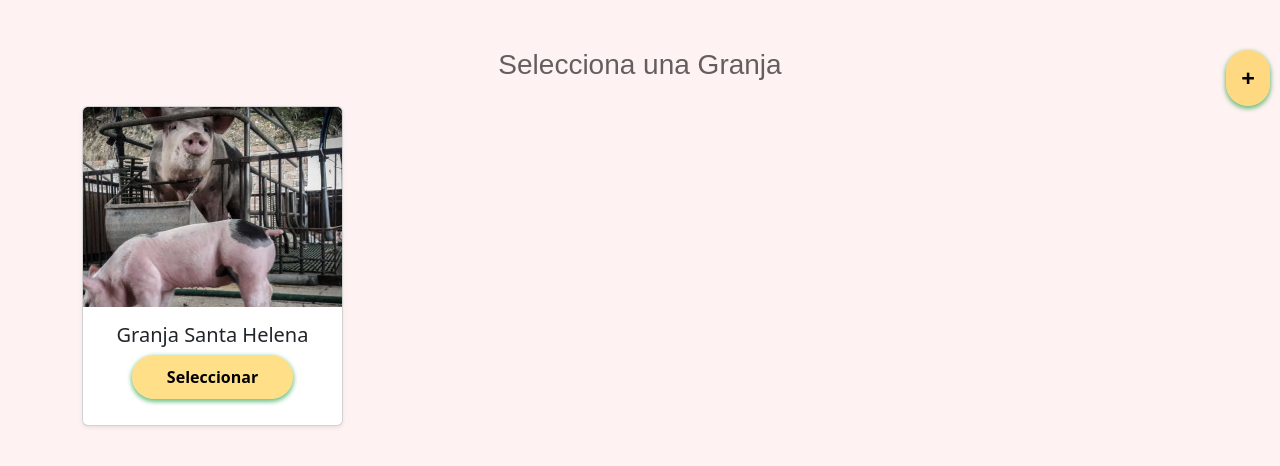
Repository: Mateojimenezz/Granja-Santa-Helena
Page: seleccionarGranja.html
An editor plug-in stored every save of this project. The page is shown before and after the next save, followed by the edit.
The browser window is 1280 px wide. The pictures show the whole page.
Some web fonts or font styles are not loaded; a fallback is used.

Above is the page before, as saved 2025-05-13 10:55:17.

After the next save:
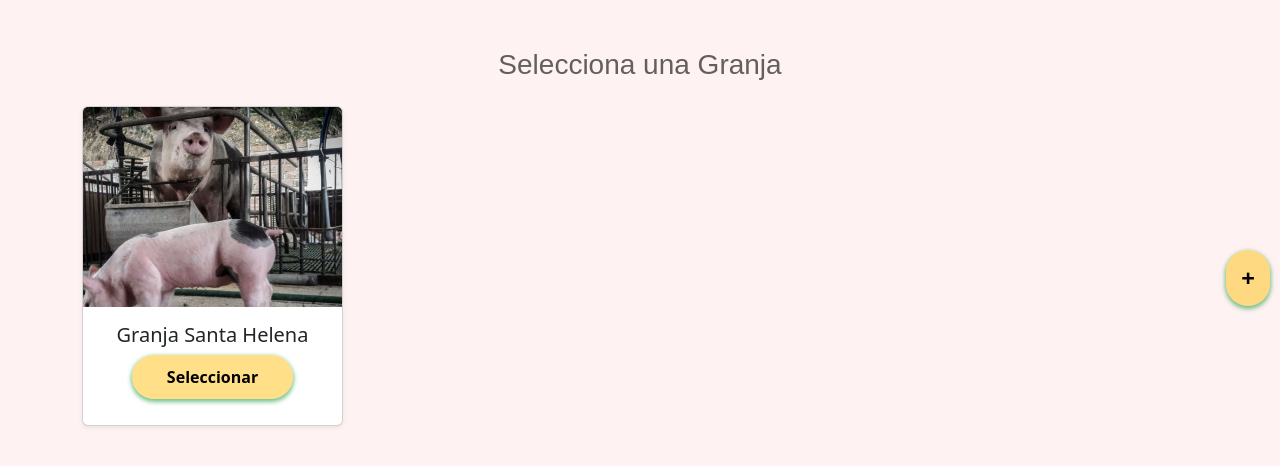
Saved 100 s later.
--- a/assets/css/seleccionarGranja.css
+++ b/assets/css/seleccionarGranja.css
@@ -65,7 +65,7 @@ body{
 
 #agregar-granja {
     position: absolute;
-    top: 50px; /* Ajusta la distancia desde arriba */
+    top: 250px; /* Ajusta la distancia desde arriba */
     right: 10px; /* Ajusta la distancia desde la derecha */
     z-index: 10; /* Asegura que el botón esté por encima de otros elementos */
     padding: 10px 15px;
